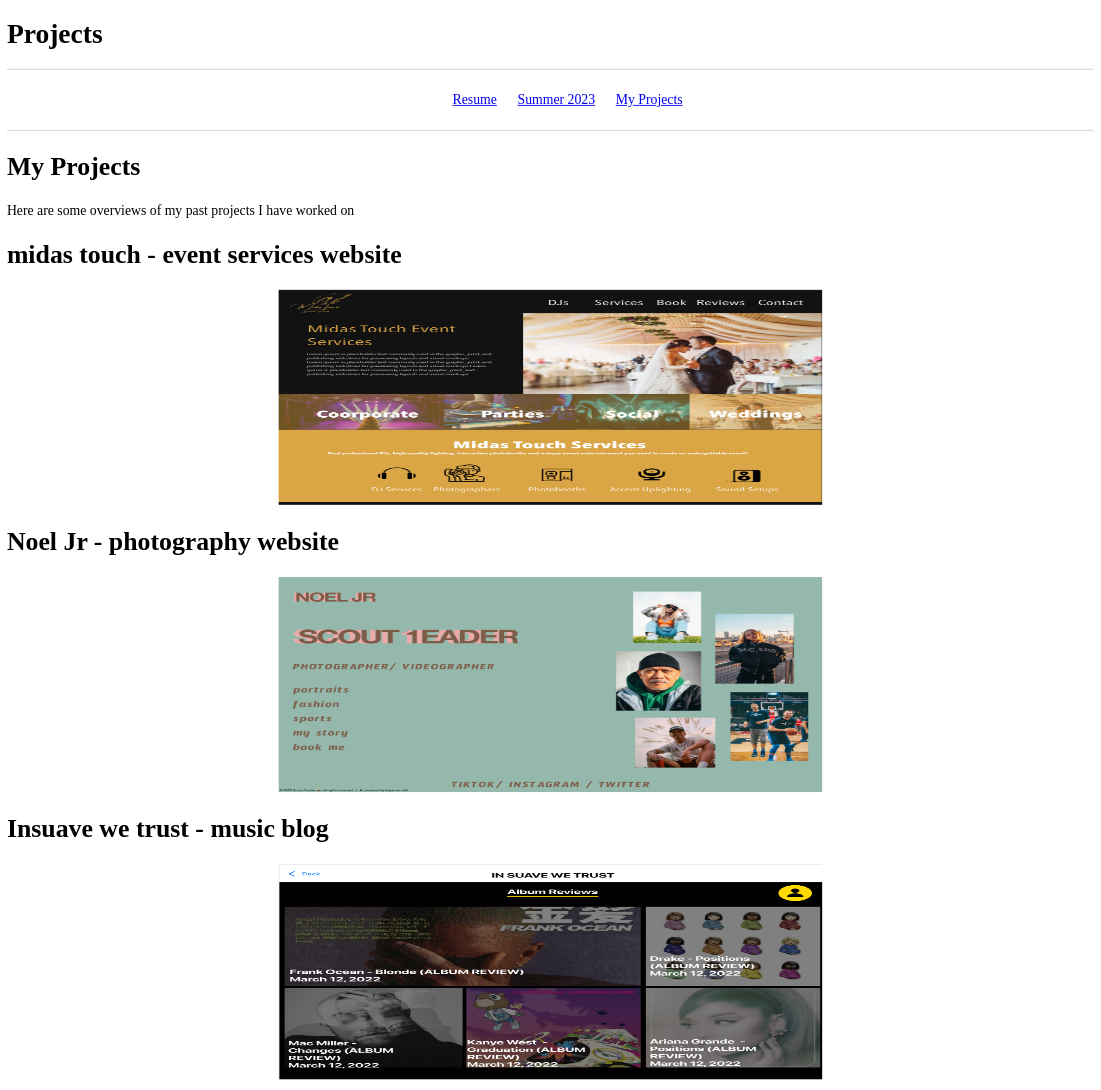
Repository: kayacancode/itm361project1
Page: projects.html
An editor plug-in stored every save of this project. The page is shown before and after the next save, followed by the edit.
The browser window is 1280 px wide. The pictures show the whole page, at 86% of full size.
Some web fonts or font styles are not loaded; a fallback is used.

Above is the page before, as saved 2023-03-03 18:34:23.

After the next save:
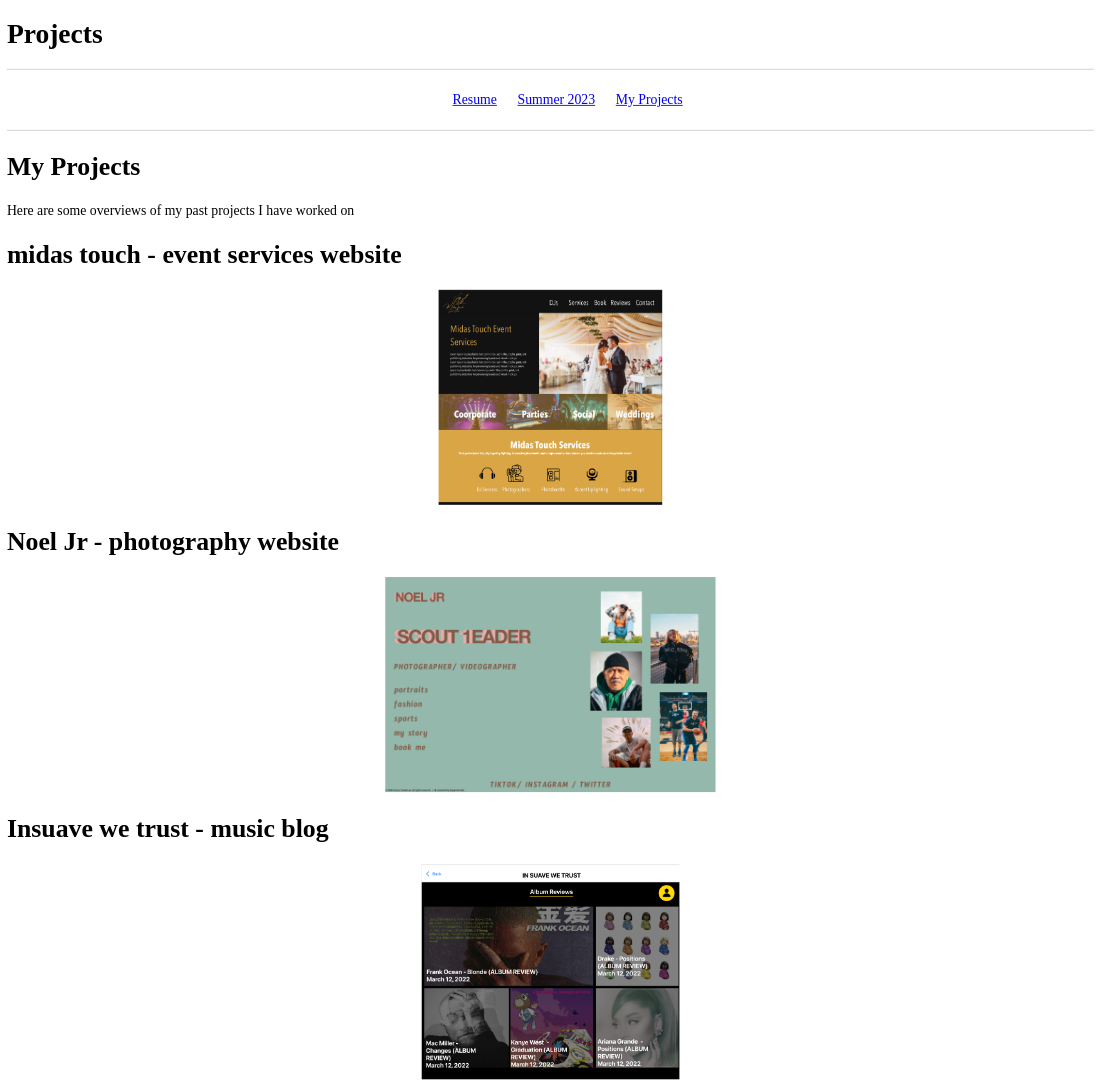
Saved 5 min 51 s later.
--- a/css/style.css
+++ b/css/style.css
@@ -34,6 +34,6 @@
     display: block;
     margin-left: auto;
     margin-right: auto;
-    width: 50%;
+    max-width: 50%;
     height: 250px;
 }
